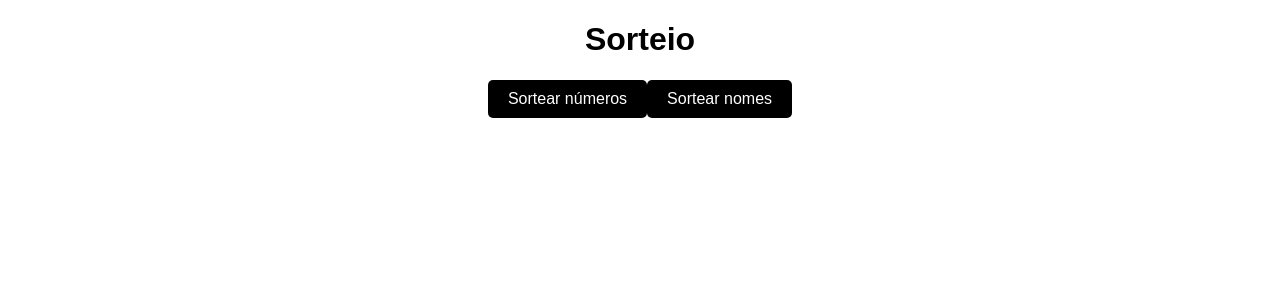
Repository: Matheus904-12/sorte
Page: index.html
The author's editor kept a copy of each file at every save. The page is drawn from the files as they stood at one save, then again after a run of saves.
The browser window is 1280 px wide. The pictures show the whole page.

Above is the page before, as saved 2023-09-10 11:37:41.

### index.html
<!DOCTYPE html>
<html lang="pt-br">
<head>
  <meta charset="UTF-8">
  <title>Sorteio</title>
  <link rel="stylesheet" href="style.css">
<script> src="main.js" </script>
</head>
<body>
  <div class="container">
    <h1>Sorteio</h1>
    <div class="options">
      <a href="sorteio-numeros.html" class="option">Sortear números</a>
      <a href="sorteio-nomes.html" class="option">Sortear nomes</a>
    </div>
  </div>
</body>
</html>

### style.css
body {
  font-family: sans-serif;
  margin: 0;
  padding: 0;
}

.container {
  width: 100%;
  max-width: 500px;
  margin: 0 auto;
}

h1 {
  font-size: 2em;
  text-align: center;
}

.options {
  display: flex;
  justify-content: center;
  margin-top: 20px;
}

.option {
  padding: 10px 20px;
  background-color: #000;
  color: #fff;
  text-decoration: none;
  cursor: pointer;
  border-radius: 5px
}

.option:hover {
  background-color: #ccc;
}

After the next 2 saves:
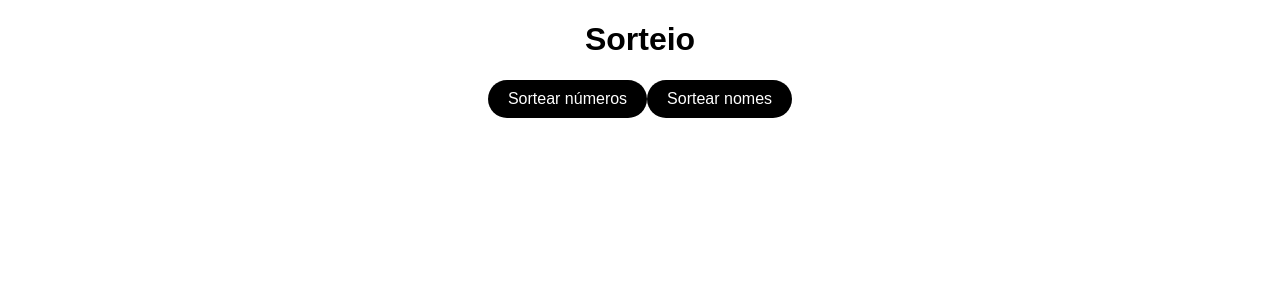
The 2 saves are shown as one change because they came seconds apart.
The last was saved 9 s later.
--- a/style.css
+++ b/style.css
@@ -27,7 +27,7 @@
   color: #fff;
   text-decoration: none;
   cursor: pointer;
-  border-radius: 5px
+  border-radius: 40px
 }
 
 .option:hover {

After the 5 saves that followed:
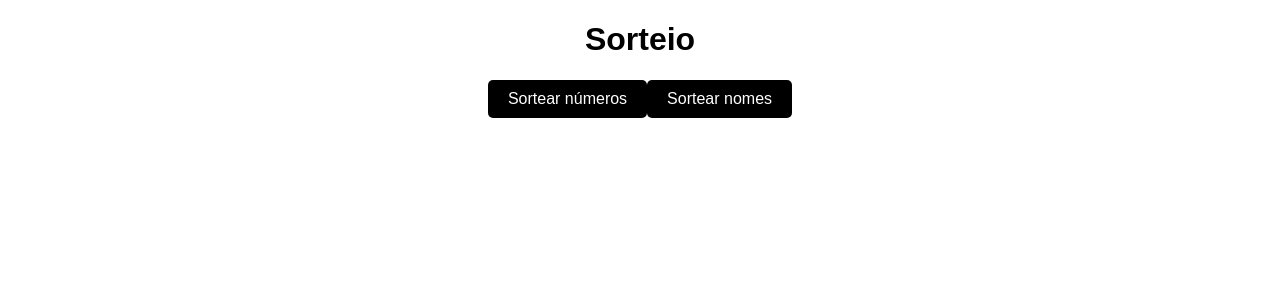
The 5 saves are shown as one change because they came seconds apart.
The last was saved 15 s later.
--- a/style.css
+++ b/style.css
@@ -27,7 +27,7 @@
   color: #fff;
   text-decoration: none;
   cursor: pointer;
-  border-radius: 40px
+  border-radius: 5px
 }
 
 .option:hover {
